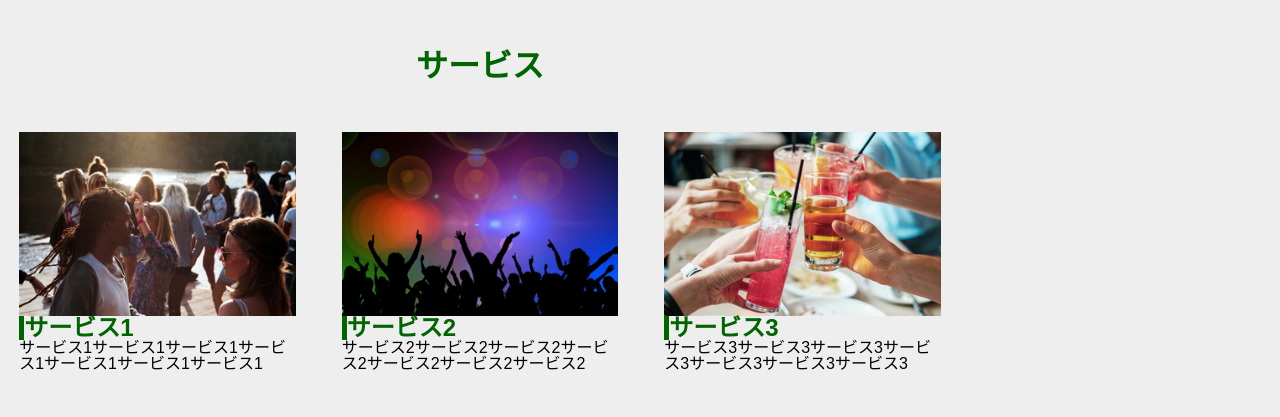
Repository: sonoyama01/dezasuta
Page: 第３回課題/work2/index.html
These files come from the project's save history. The page is drawn as it stood at one moment and after the next save; the edit follows.
The browser window is 1280 px wide. The pictures show the whole page.

Above is the page before, as saved 2024-04-27 23:18:46.

### 第３回課題/work2/index.html
<!DOCTYPE html>
<html lang="ja">

<head>
    <meta charset="UTF-8">
    <meta name="viewport" content="width=device-width, initial-scale=1.0">
    <title>第3回課題work2</title>
    <link rel="stylesheet" href="./css/reset.css">
    <link rel="stylesheet" href="./css/style.css">
</head>

<body>
    <h1>サービス</h1>
    <div class="box">
        <div>
            <img src="./images/main_1.jpg" alt="">
            <h2>サービス1</h2>
            <p>サービス1サービス1サービス1サービス1サービス1サービス1サービス1</p>
        </div>

        <div>
            <img src="./images/main_2.png" alt="">
            <h2>サービス2</h2>
            <p>サービス2サービス2サービス2サービス2サービス2サービス2サービス2</p>
        </div>

        <div>
            <img src="./images/main_3.png" alt="">
            <h2>サービス3</h2>
            <p>サービス3サービス3サービス3サービス3サービス3サービス3サービス3</p>
        </div>
    </div>

</body>

</html>

### 第３回課題/work2/css/reset.css
@charset "utf-8";

/* cssリセット */

/*利用するタグによってこちらの内容は増やす*/

html,
body,
h1,
h2,
h3,
p,
dl,
dt,
dd,
ul,
li {
  margin: 0;
  padding: 0;
  line-height: 1;
  /*デフォルトの文字色、font-familyを予め当てておく*/
  color: #000;
  font-family: "游ゴシック体", YuGothic, "游ゴシック", "Yu Gothic", "メイリオ",
    "Hiragino Kaku Gothic ProN", "Hiragino Sans", sans-serif;
}

a {
  /*下線を消す*/
  text-decoration: none;
  /*色を消す*/
  color: inherit;
}

ul {
  /*左の「・」を消す*/
  list-style: none;
}

img {
  max-width: 100%;
  vertical-align: bottom;
  border: none;
}

### 第３回課題/work2/css/style.css
@charset "utf-8";

body {
  width: 960px;
  background-color: #eeeeee;
}
h1 {
  text-align: center;
  color: #006400;
  margin: 50px auto;
}

h2 {
  color: #006400;
  border-left: 5px solid #006400;
}

.box {
  display: flex;
  justify-content: space-between;
  padding: 0 2%;
}
.box div {
  width: 30%;
}

After the next save:
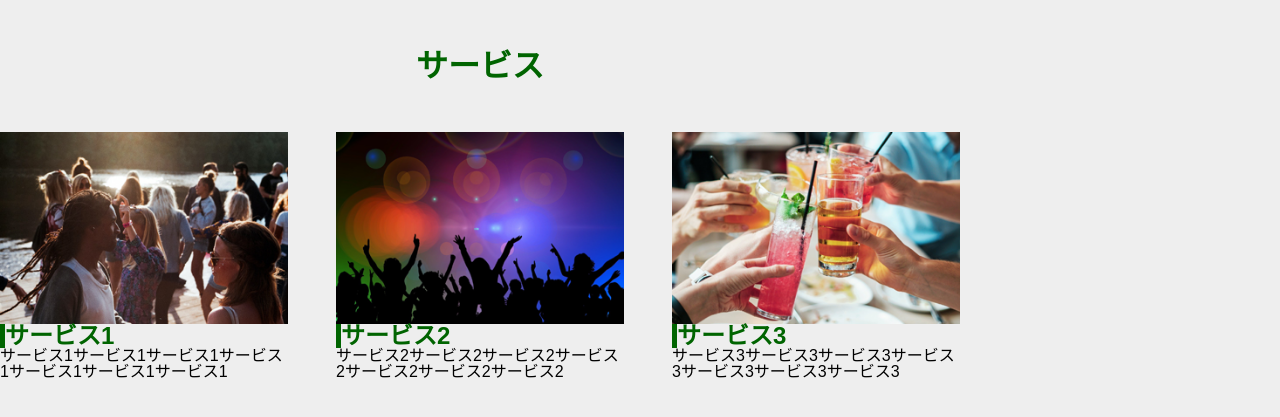
Saved 113 s later.
--- a/第３回課題/work2/css/style.css
+++ b/第３回課題/work2/css/style.css
@@ -18,7 +18,7 @@ h2 {
 .box {
   display: flex;
   justify-content: space-between;
-  padding: 0 2%;
+  margin: 0 auto;
 }
 .box div {
   width: 30%;
